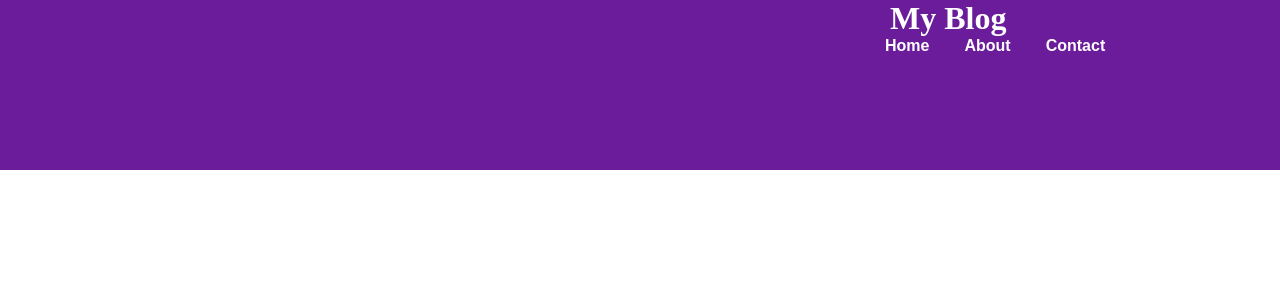
Repository: Femi007-gh/BLOG
Page: index.html
An editor plug-in stored every save of this project. The page is shown before and after the next save, followed by the edit.
The browser window is 1280 px wide. The pictures show the whole page.

Above is the page before, as saved 2025-01-08 07:09:43.

### index.html
<html>
  <head>
    <title>BLOG</title>
    <link rel="stylesheet" href="style.css">
  </head>
  <body>
    <header>
      <h1 class="head">My Blog</h1>
      <nav>
        <ul>
          <li><a href="#">Home</a></li>
          <li><a href="#">About</a></li>
          <li><a href="#">Contact</a></li>
        </ul>
      </nav>
    </header>
  </body>
</html>

### style.css
header {
  background-color: 6B1C9B;
  color: white;
  height: 170px;
}
* {
  margin: 0;
  padding: 0;
}

.desc {
  max-width: 1200px;
  margin: o auto;
  display: flex;
  align-items: center;
  justify-content: space-between;
}

header h1 {
  margin-left:890px;
}

nav ul {
  list-style-type: none;
  display:  flex;
}


 li a {
  color: white;
  text-decoration: none;
  font-weight: bold;
  margin-left: 885px;
  justify-content: space-evenly;
  margin-right: -850px;
}

li a{
  text-decoration: none;
  font-family: Arial;
}

After the next save:
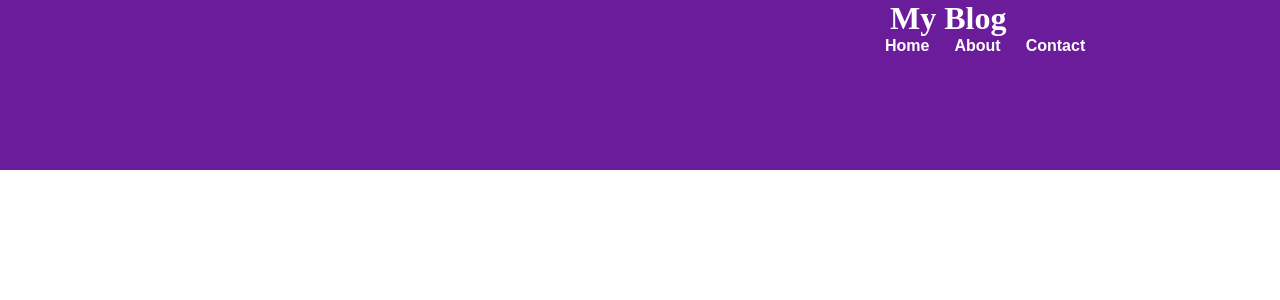
Saved 6 s later.
--- a/style.css
+++ b/style.css
@@ -32,7 +32,7 @@ nav ul {
   font-weight: bold;
   margin-left: 885px;
   justify-content: space-evenly;
-  margin-right: -850px;
+  margin-right: -860px;
 }
 
 li a{
